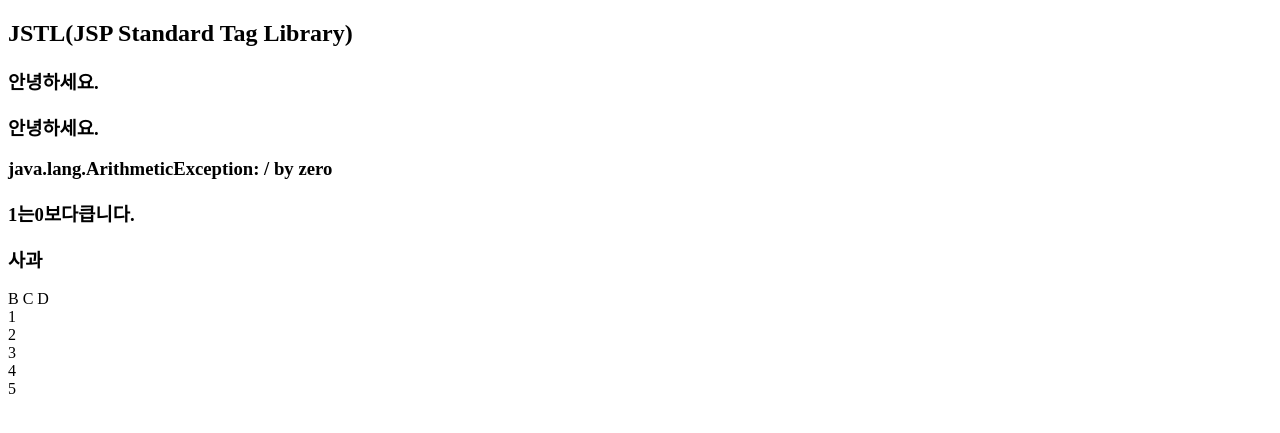
Repository: daehyuk1231/lect_labs_java
Page: http://localhost/java_web/jstl.jsp
These files come from the project's save history. The page is drawn as it stood at one moment and after the next save; the edit follows.
The browser window is 1280 px wide. The pictures show the whole page.
The page is served by Tomcat 10.

Above is the page before, as saved 2025-08-18 00:32:01.

After the next save:
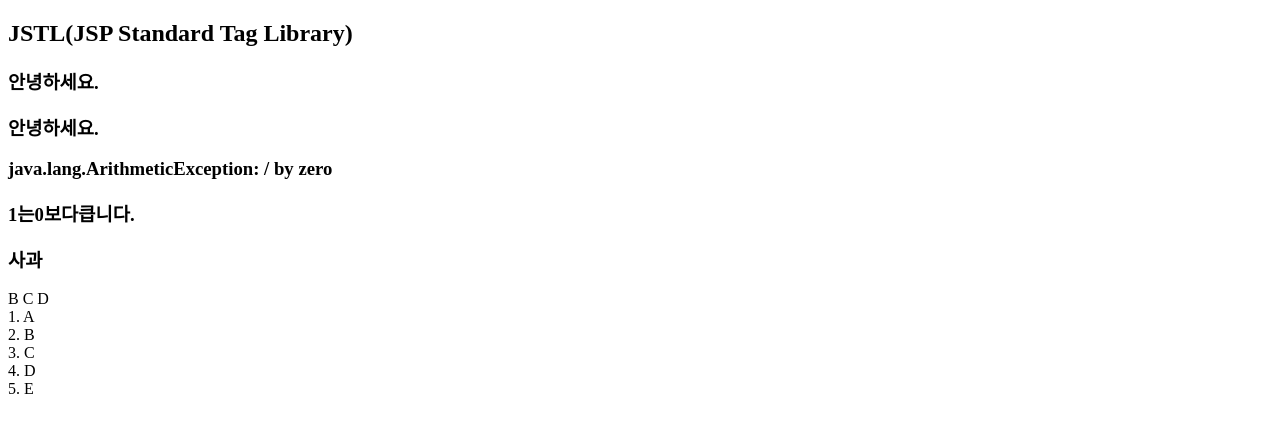
Saved 12 s later.
--- a/java_web/src/main/webapp/jstl.jsp
+++ b/java_web/src/main/webapp/jstl.jsp
@@ -50,7 +50,7 @@
 	</c:forEach>
 
 	<c:forEach var="item" items="${list }" varStatus="idx">
-		<div>${idx.count }</div>
+		<div>${idx.count }. ${item }</div>
 	</c:forEach>
 </body>
 </html>
